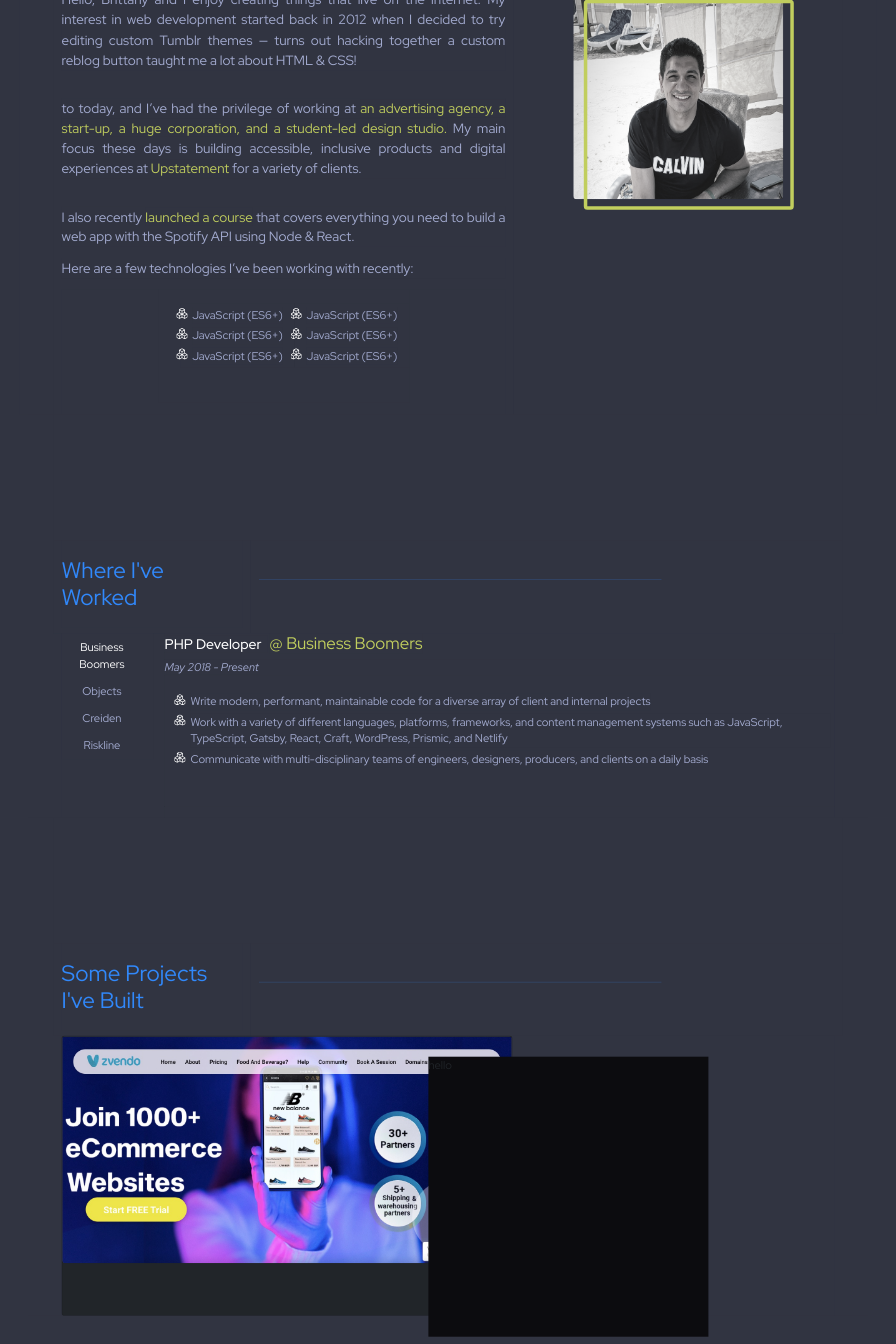
Repository: aya7abbal/Talaat-s-Portfolio
Page: index.html
An editor plug-in stored every save of this project. The page is shown before and after the next save, followed by the edit.
The browser window is 1280 px wide. The pictures show the part of the page from y = 971 to 2891 px (the page is 2891 px tall before and 2817 px after), at 70% of full size.
Some web libraries are served in a nearby version. The style sheet was rebuilt from its Sass, Less or Tailwind sources for each picture, by a compiler version that may differ from the author's.

Above is the page before, as saved 2022-02-07 18:59:32.

After the next save:
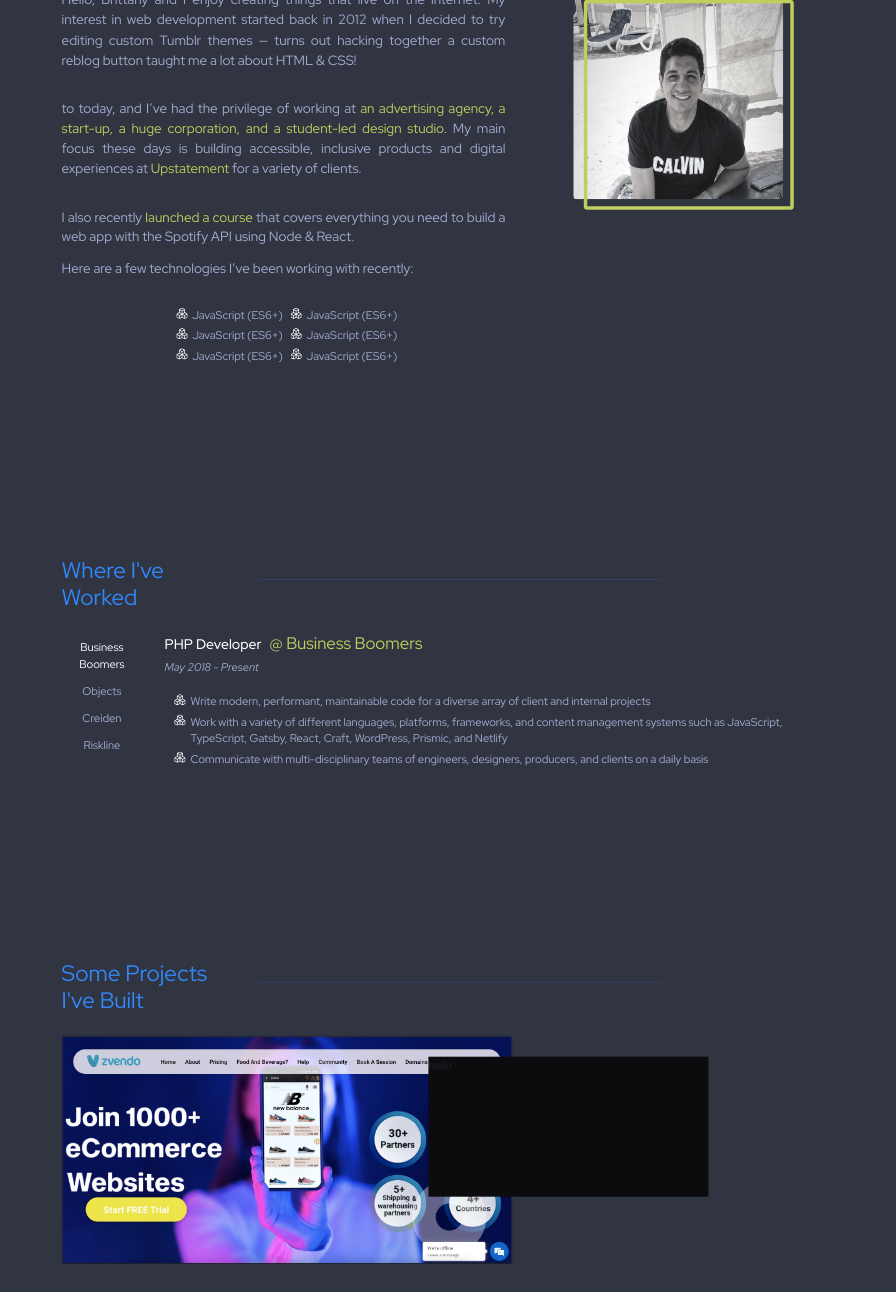
Saved 4 s later.
--- a/styles/components/_projects.scss
+++ b/styles/components/_projects.scss
@@ -7,7 +7,7 @@
 
 .project-desc{
     background-color: rgb(12, 12, 15);
-    height:400px;
+    height:200px;
     width: 400px;
     transform: translate(-120px,30px);
 }
